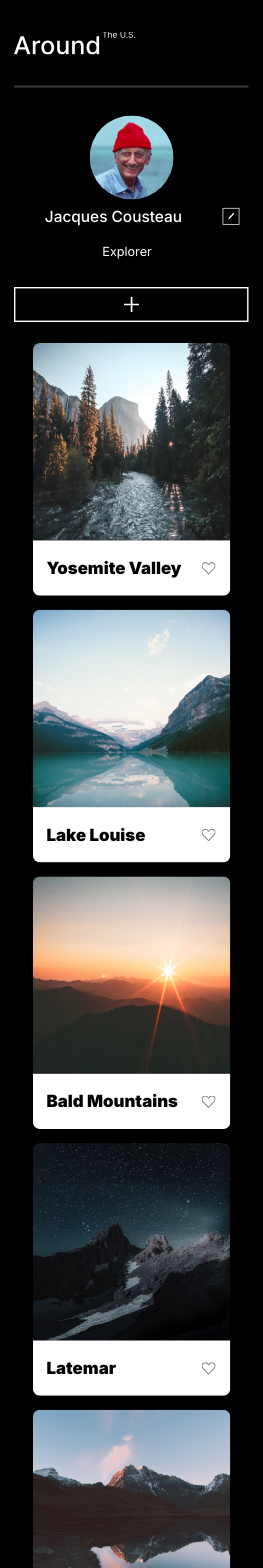
Repository: luisbaezx/se_project_aroundtheus
Page: index.html
The author's editor kept a copy of each file at every save. The page is drawn from the files as they stood at one save, then again after the next save.
The browser window is 375 px wide. The pictures show the part of the page from y = 0 to 2240 px (the page is 2877 px tall), at 70% of full size.

Above is the page before, as saved 2024-05-29 17:04:26.

After the next save:
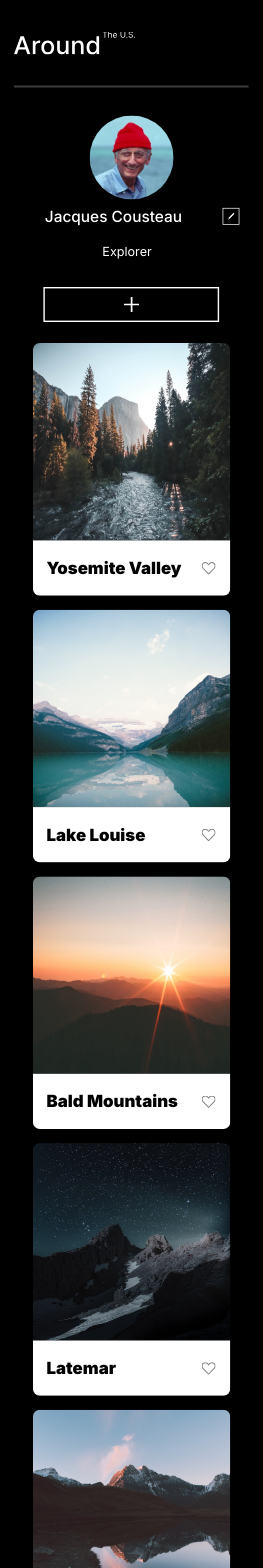
Saved 96 s later.
--- a/blocks/page.css
+++ b/blocks/page.css
@@ -268,10 +268,7 @@
     display: flex;
     justify-content: flex-end;
   }
-  .profile__add-button {
-    margin: 0;
-    width: 100%;
-  }
+
   .profile__image {
     margin: 0;
     min-width: auto;
